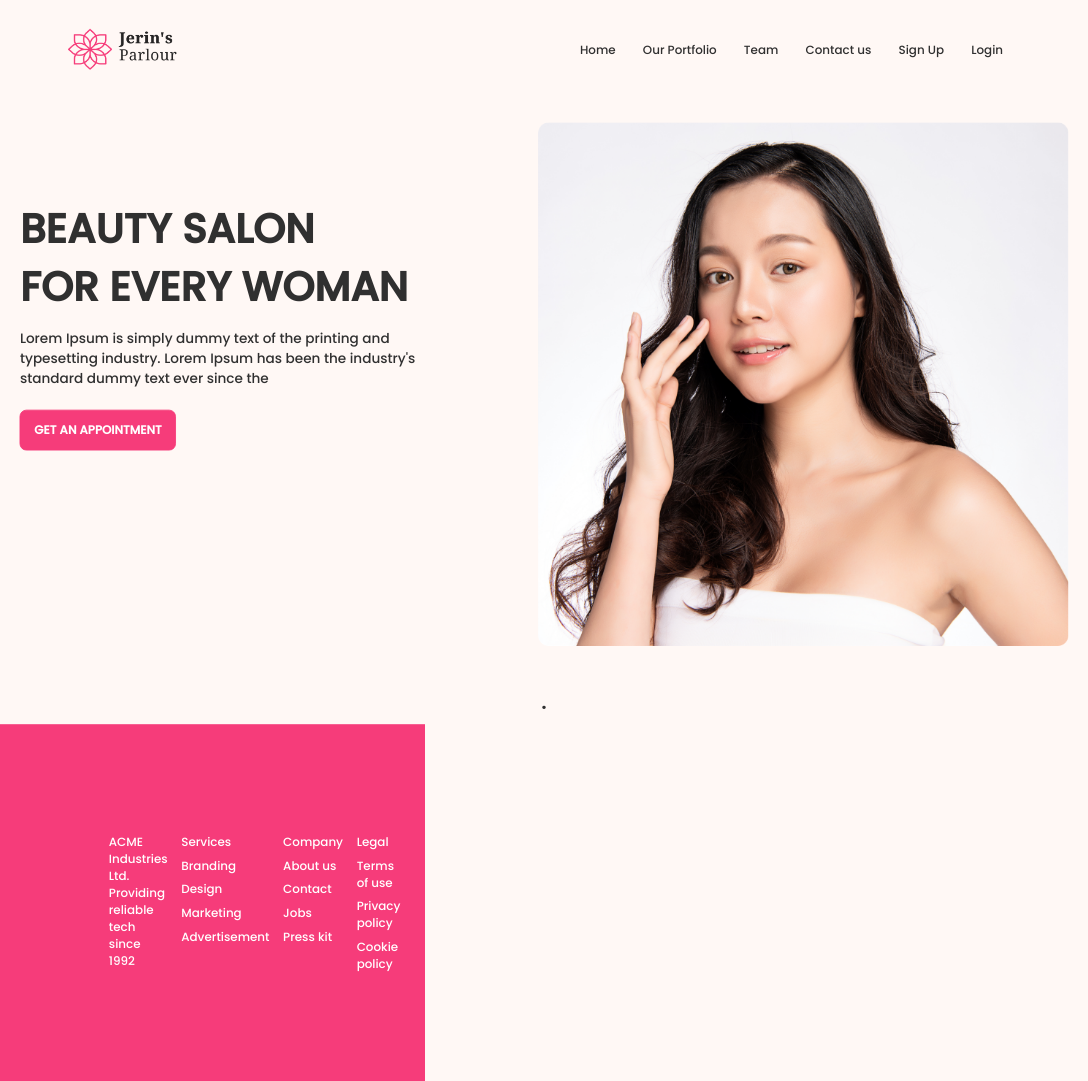
Repository: Wahid137/jerins-parlour-client
Page: /
These files come from the project's save history. The page is drawn as it stood at one moment and after the next save; the edit follows.
The browser window is 1280 px wide. The pictures show the whole page, at 85% of full size.
The page's requests for data from a server got no answer. The project was rebuilt for these pictures with package versions that can differ from the ones it lists, and the page was loaded fresh each time. No one was signed in, and anything a server would have sent is missing. Also part of the build but not shown: src/App.css, src/Pages/Home/Services/ServicesCard.js.

Above is the page before, as saved 2023-07-16 03:51:31.

After the next save:
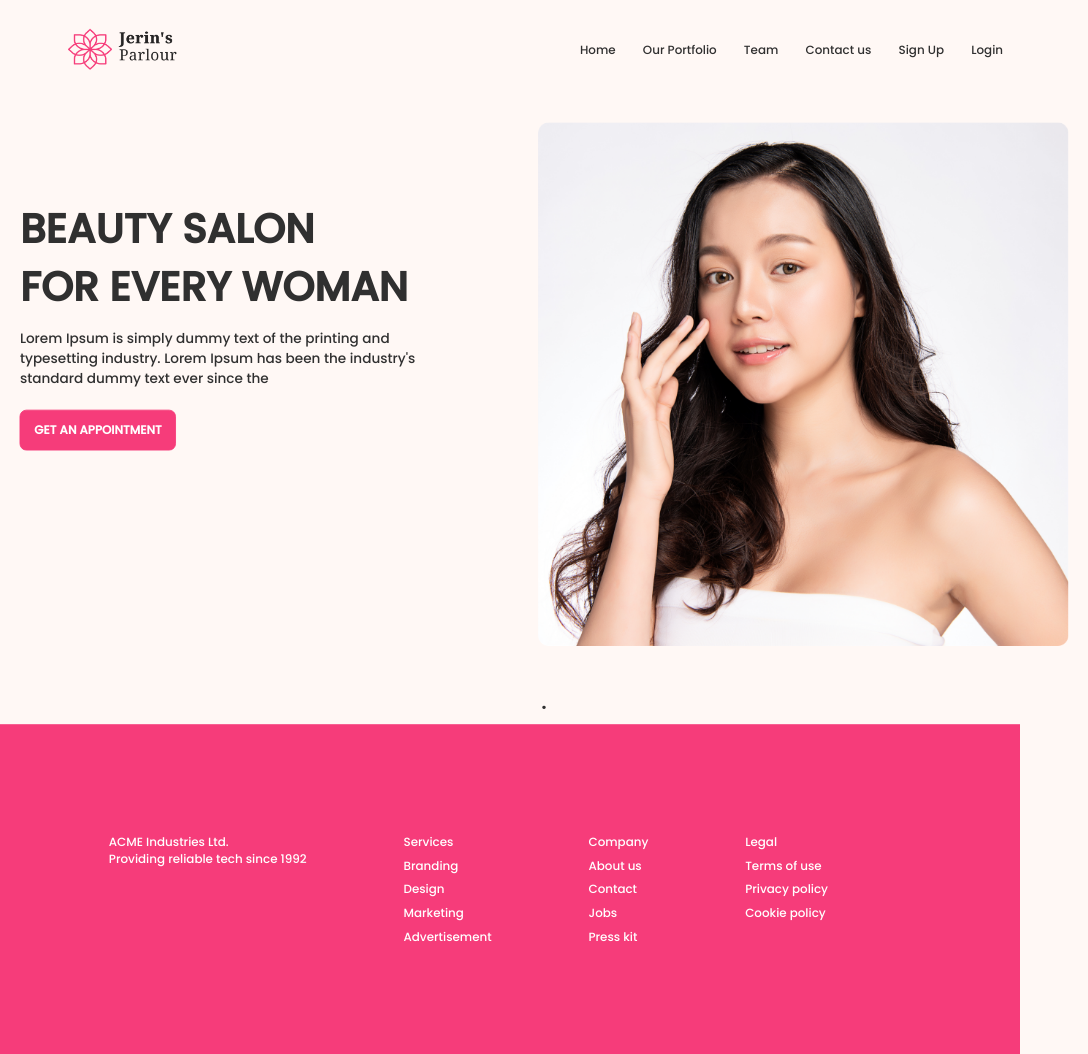
Saved 14 s later.
--- a/src/Shared/Footer/Footer.js
+++ b/src/Shared/Footer/Footer.js
@@ -3,7 +3,7 @@ import React from 'react';
 
 const Footer = () => {
     return (
-        <footer className="footer p-32 bg-primary text-white w-[500px]">
+        <footer className="footer p-32 bg-primary text-white w-[1200px]">
             <div>
                 <p>ACME Industries Ltd.<br />Providing reliable tech since 1992</p>
             </div>
